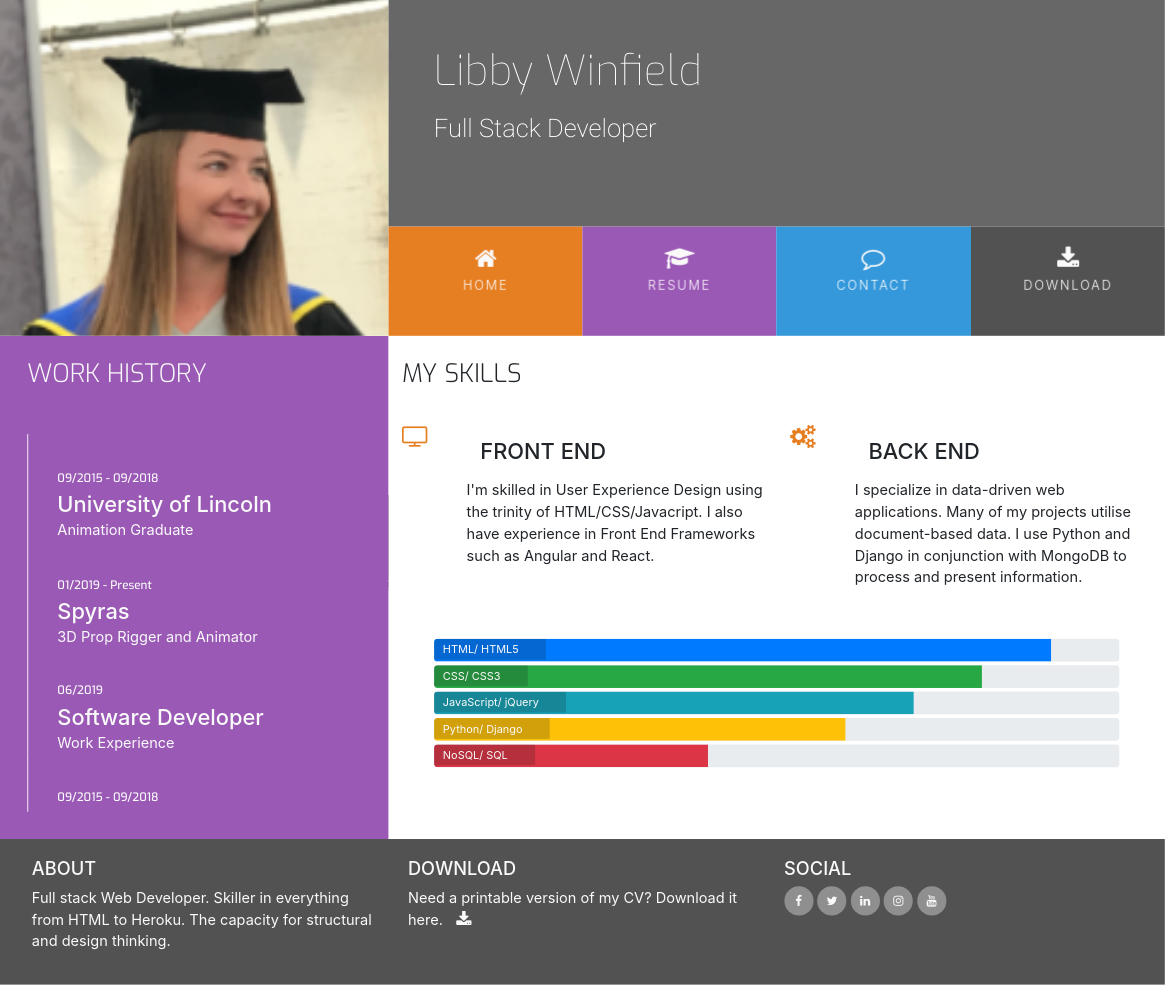
Repository: LibbyWin/CV
Page: resume.html
The author's editor kept a record of every edit. The page is drawn from the files as they stood at one moment, then again after the next edit.
The browser window is 1280 px wide. The pictures show the whole page, at 91% of full size.

Above is the page before.

### resume.html
<!DOCTYPE html>
<html lang="en">

<head>
    <meta charset="UTF-8">
    <meta name="viewport" content="width=device-width, initial-scale=1.0">
    <meta http-equiv="X-UA-Compatible" content="ie=edge">
    <link rel="stylesheet" href="https://stackpath.bootstrapcdn.com/bootstrap/4.3.1/css/bootstrap.min.css" type="text/css" />
    <link rel="stylesheet" href="https://stackpath.bootstrapcdn.com/font-awesome/4.7.0/css/font-awesome.min.css" type="text/css" />
    <link rel="stylesheet" href="https://cdnjs.cloudflare.com/ajax/libs/hover.css/2.3.1/css/hover-min.css" type="text/css" />
    <link rel="stylesheet" href="assets/css/style.css" type="text/css" />
    <title>Libby Winfield</title>
    <style>
        @import url('https://fonts.googleapis.com/css?family=Exo&display=swap');
    </style>
</head>

<body>
    <header>
        <div class="row no-gutters">
            <a href="index.html" class="col-md-4 logo">

            </a>
            <div class="col-md-8">
                <div class="row no-gutters bg-color-name-title">
                    <div class="col heading">
                        <h1 class="name">Libby Winfield</h1>
                        <h2 class="title">Full Stack Developer</h2>

                    </div>
                </div>
                <div class="row no-gutters">
                    <div class="col">
                        <ul id="nav" class="list-inline menucontainer">
                            <li class="col-6 col-sm-3 ui-menu-color-home list-inline-item menuitem">
                                <a href="#" class="hvr-sweep-to-bottom"><i class="fa fa-home" aria-hidden_"true"></i><span>Home</span></a>
                            </li>
                            <li class="col-6 col-sm-3 ui-menu-color-resume list-inline-item menuitem">
                                <a href="#" class="hvr-sweep-to-bottom"><i class="fa fa-graduation-cap" aria-hidden="true"></i><span>Resume</span></a>
                            </li>
                            <li class="col-6 col-sm-3 ui-menu-color-contact list-inline-item menuitem">
                                <a href="#" class="hvr-sweep-to-bottom"><i class="fa fa-comment-o" aria-hidden="true"></i><span>Contact</span></a>
                            </li>
                            <li class="col-6 col-sm-3 ui-menu-color-download list-inline-item menuitem">
                                <a href="#" class="hvr-sweep-to-bottom"><i class="fa fa-download" aria-hidden="true"></i><span>Download</span></a>
                            </li>
                        </ul>
                    </div>
                </div>


            </div>
        </div>
    </header>
    <section class="container-fluid">
        <div class="row">
            <div class="col-md-4 bg-color-work-history section-column">
                <div class="row">
                    <div class="col-12">
                        <h3 class="history-heading uppercase">
                            Work History
                        </h3>
                    </div>
                </div>
                <div class="timeline-item" data-dates="09/2015 - 09/2018">
                    <h4>University of Lincoln</h4>
                    <p>Animation Graduate</p>
                </div>

                <div class="timeline-item" data-dates="01/2019 - Present">
                    <h4>Spyras</h4>
                    <p>3D Prop Rigger and Animator</p>
                </div>

                <div class="timeline-item" data-dates="06/2019">
                    <h4>Software Developer</h4>
                    <p>Work Experience</p>
                </div>
                <div class="timeline-item" data-dates="09/2015 - 09/2018">
                    <h4></h4>
                    <p></p>
                </div>
            </div>
            <div class="col-md-8 bg-color-three-reasons">
                <div class="row">
                    <div class="col">
                        <h3 class="section-heading uppercase">My Skills</h3>
                    </div>
                </div>
                <div class="row">
                    <div class="col-10 offset-1 offset-sm-0 col-sm-4 col-md-6">
                        <div class="row">
                            <div class="col-2">
                                <i class="three-reasons-icon fa fa-tv" aria-hidden="true"></i>
                            </div>
                            <div class="col-10">
                                <h4 class="three-reasons-heading uppercase">Front End</h4>
                                <p>I'm skilled in User Experience Design using the trinity of HTML/CSS/Javacript. I also have experience in Front End Frameworks such as Angular and React. </p>
                            </div>
                        </div>
                    </div>
                    <div class="col-10 offset-1 offset-sm-0 col-sm-4 col-md-6">
                        <div class="row">
                            <div class="col-2">
                                <i class="three-reasons-icon fa fa-gears" aria-hidden="true"></i>
                            </div>
                            <div class="col-10">
                                <h4 class="three-reasons-heading uppercase">Back End</h4>
                                <p>I specialize in data-driven web applications. Many of my projects utilise document-based data. I use Python and Django in conjunction with MongoDB to process and present information.</p>
                            </div>
                        </div>
                    </div>
                </div>
                <div class="row progress-section">
                    <div class="col">
                        <div class="progress">
                            <div class="progress-bar" role="progressbar" style="width: 90%" aria-valuenow="90" aria-valuemin="0" aria-valuemax="100">
                                <span class="sr-only">90% complete</span>
                            </div>
                            <span class="progress-type">HTML/ HTML5</span>
                        </div>

                        <div class="progress">
                            <div class="progress-bar bg-success" role="progressbar" style="width: 80%" aria-valuenow="80" aria-valuemin="0" aria-valuemax="100">
                                <span class="sr-only">80% complete</span>
                            </div>
                            <span class="progress-type">CSS/ CSS3</span>
                        </div>

                        <div class="progress">
                            <div class="progress-bar bg-info" role="progressbar" style="width: 70%" aria-valuenow="70" aria-valuemin="0" aria-valuemax="100">
                                <span class="sr-only">70% complete</span>
                            </div>
                            <span class="progress-type">JavaScript/ jQuery</span>
                        </div>

                        <div class="progress">
                            <div class="progress-bar bg-warning" role="progressbar" style="width: 60%" aria-valuenow="60" aria-valuemin="0" aria-valuemax="100">
                                <span class="sr-only">60% complete</span>
                            </div>
                            <span class="progress-type">Python/ Django</span>
                        </div>
                        <div class="progress">
                            <div class="progress-bar bg-danger" role="progressbar" style="width: 40%" aria-valuenow="40" aria-valuemin="0" aria-valuemax="100">
                                <span class="sr-only">40% complete</span>
                            </div>
                            <span class="progress-type">NoSQL/ SQL</span>
                        </div>
                    </div>
                </div>
            </div>
        </div>

    </section>

    <footer class="container-fluid">
        <div id="footer-details" class="row">
            <div class="col-sm-4">
                <h5 class="uppercase genreal-sub">About</h5>
                <p class="inline-block">Full stack Web Developer. Skiller in everything from HTML to Heroku. The capacity for structural and design thinking. </p>
            </div>
            <div class="col-sm-4">
                <h5 class="uppercase genreal-sub">Download</h5>
                </h5>
                <p class="inline-block">
                    Need a printable version of my CV? Download it here.
                    <a href="#" target="_blank" class="cv-pdf">
                        <i class="fa fa-download" aria-hidden="true"></i>
                        <span class="sr-only">Download Link.</span>
                    </a>
                </p>
            </div>
            <div class="col-sm-4">
                <h5 class="uppercase genreal-sub">Social</h5>
                <ul class="list-inline social-links">
                    <li class="list-inline-item">
                        <a target="_blank" href="#">
                            <i class="fa fa-facebook" aria-hidden="true"></i>
                            <span class="sr-only">Facebook</span>
                        </a>
                    </li>

                    <li class="list-inline-item">
                        <a target="_blank" href="#">
                            <i class="fa fa-twitter" aria-hidden="true"></i>
                            <span class="sr-only">Twitter</span>
                        </a>
                    </li>

                    <li class="list-inline-item">
                        <a target="_blank" href="#">
                            <i class="fa fa-linkedin" aria-hidden="true"></i>
                            <span class="sr-only">Linkedin</span>
                        </a>
                    </li>

                    <li class="list-inline-item">
                        <a target="_blank" href="#">
                            <i class="fa fa-instagram" aria-hidden="true"></i>
                            <span class="sr-only">Instagram</span>
                        </a>
                    </li>

                    <li class="list-inline-item">
                        <a target="_blank" href="#">
                            <i class="fa fa-youtube" aria-hidden="true"></i>
                            <span class="sr-only">Youtube</span>
                        </a>
                    </li>
                </ul>
            </div>
        </div>

    </footer>

</body>

</html>

### assets/css/style.css
@import url('https://fonts.googleapis.com/css?family=Roboto:100,200,300,400,500,600,700|Exo:100,200,300,400,500,600,700');

/*--------------------------------------------Colors*/

.bg-color-name-title {
    background-color: #676767;
}

.bg-color-three-reasons {
    background-color: #fff;
}

.bg-color-personal-info {
    background-color: #f4f4f4;
}

.bg-color-work-history {
    background-color: #9b59b6;
}

.ui-menu-color-home {
    background-color: #e67e22;
}

.ui-menu-color-resume {
    background-color: #9b59b6;
}

.ui-menu-color-contact {
    background-color: #3498db;
}

.ui-menu-color-download {
    background-color: #525252;
}

.row-table {
    display: table;
}

.section-column {
    display: table-cell;
    padding: 0 30px 30px;
    float: none;
}

.history-heading,
.section-heading {
    font-family: "Exo", sans-serif;
    font-weight: 300;
    margin-top: 25px;
    margin-bottom: 40px;
}

/* ----------------------------------------Special paddings/margins/text */

h1,
h2,
h3,
h4 {
    margin: 0;
}

.uppercase {
    text-transform: uppercase;
}

.general-sub {
    font-family: "Exo", sans-serif;
    font-weight: 300;
    color: #fafafa;
}

.inline-block {
    display: inline-block;
}

.row-table {
    display: table;
}

.section-column {
    display: table-cell;
    padding: 0 30px 30px;
    float: none;
}

.section-heading {
    font-family: "Exo", sans-serif;
    font-weight: 300;
    margin-top: 25px;
    margin-bottom: 40px;
}

/*-------------------------------------------- Heading*/

header {
    margin: 0;
}

.heading {
    margin-left: 50px;
}

.logo {
    background: url("../images/IMG_1027.JPG");
    background-position: center;
    background-repeat: no-repeat;
    background-size: cover;
    min-height: 360px;
    transition: all .5s ease-in-out;
    -moz-transition: all .5s ease-in-out;
    -webkit-transition: all .5s ease-in-out;
}

.name {
    font-family: "Exo", sans-serif;
    font-weight: 100;
    font-size: 46px;
    margin-top: 50px;
    color: #fff;
}

.title {
    font-family: "Roboto", sans-serif;
    font-weight: 200;
    font-size: 28px;
    margin-top: 20px;
    margin-bottom: 90px;
    color: #fff;
}

.list-inline-item:not(:last-child) {
    margin: 0;
}

.menucontainer {
    font-size: 0;
}

#nav li {
    font-size: 14px;
    padding: 0;
}

#nav {
    margin: 0;
}

.menuitem {
    height: 120px;
    text-align: center;
    padding: 0;
}

.menuitem a {
    width: 100%;
    text-decoration: none;
    color: #fff;
    height: 120px;
}

.menuitem a i {
    padding-top: 22px;
    display: block;
    color: #fafafa;
    font-size: 26px;
}

.menuitem span {
    display: block;
    width: 100%;
    padding-top: 5px;
    text-align: center;
    text-transform: uppercase;
    font-size: 14px;
    font-weight: 300;
    letter-spacing: 2px;
}

/*--------------------------------------------Hover.css*/

.hvr-sweep-to-bottom:before {
    background: rgba(0, 0, 0, 0.2);
    height: 120px;
}

/* ----------------------------------------Footer */

footer {
    background-color: #525252;
    color: #fafafa;
    min-height: 120px;
    margin: 0;
}

.cv-pdf i {
    font-size: 18px;
    color: #fafafa;
    text-align: center;
    padding-left: 10px;
    transition: all 0.35s ease-in-out;
    -moz-transition: all 0.35s ease-in-out;
    -webkit-transition: all 0.35s ease-in-out;
    -o-transition: all 0.35s ease-in-out;
}

.cv-pdf i:hover {
    color: #e84610;
}

.social-links {
    padding-bottom: 15px;
}

.social-links li a i {
    width: 32px;
    height: 32px;
    padding: 12px 0;
    border-radius: 50%;
    font-size: 13px;
    line-height: 7px;
    text-align: center;
    color: #fafafa;
    background: #8f8f8f;
    transition: all 0.35s ease-in-out;
    -moz-transition: all 0.35s ease-in-out;
    -webkit-transition: all 0.35s ease-in-out;
    -o-transition: all 0.35s ease-in-out;
}

.social-links li a i:hover {
    background: #e84610;
}

#footer-details {
    padding: 20px;
}

/*-------------------------------------------- Three REasons*/

.three-reasons-icon {
    font-size: 26px;
    color: #e67e22;
}

.three-reasons-heading {
    margin: 15px;
}

/*-------------------------------------------- Personal Info */

.personal-info-item {
    margin-bottom: 20px;
    display: block;
    clear: both;
}

.personal-info-item .key,
.personal-info-item .value {
    padding-right: 8px;
    display: inline-block;
}

.personal-info-item .key p,
.personal-info-item .value p {
    margin: 0;
}

 .personal-info-item .key {
     width:30%;
     margin-right: 21px;
     padding-top: 2px;
     vertical-align: top;
 }

 .personal-info-item .key p {
     font-weight: 700;
 }

 .personal-info-item .value {
     position: relative;
     width: 60%;
 }

 /*-------------------------------------------- Skills */

 .progress {
     position: relative;
     height: 25px;
     margin-bottom: 4px;
 }

 .progress-type {
     position: absolute;
     left: 0px;
     font-weight: 400;
     padding: 3px 30px 2px 10px;
     color: #fafafa;
     background-color: rgba(25, 25, 25, 0.2)
 }

 .progress-section {
     margin: 40px 20px;
 }

 /* ---------------------------------------- Work History */

 .history-heading {
     color: #fafafa;
     margin-bottom: 50px;
 }

 .timeline-item {
     padding: 4em 2em 0em 2em;
     position: relative;
     color: #fafafa;
     border-left: 1px solid;
 }

  .timeline-item p {
      padding: 0;
      margin: 0;
  }

   .timeline-item:before {
       content: attr(data-dates);
       position: absolute;
       left: 2.5em;
       top: 3em;
       display: block;
       font-family: "Exo", sans-serif;
       font-weight: 500;
       font-size: 0.8em;
       padding: 0;
       margin: 0;
   }

After the next edit:
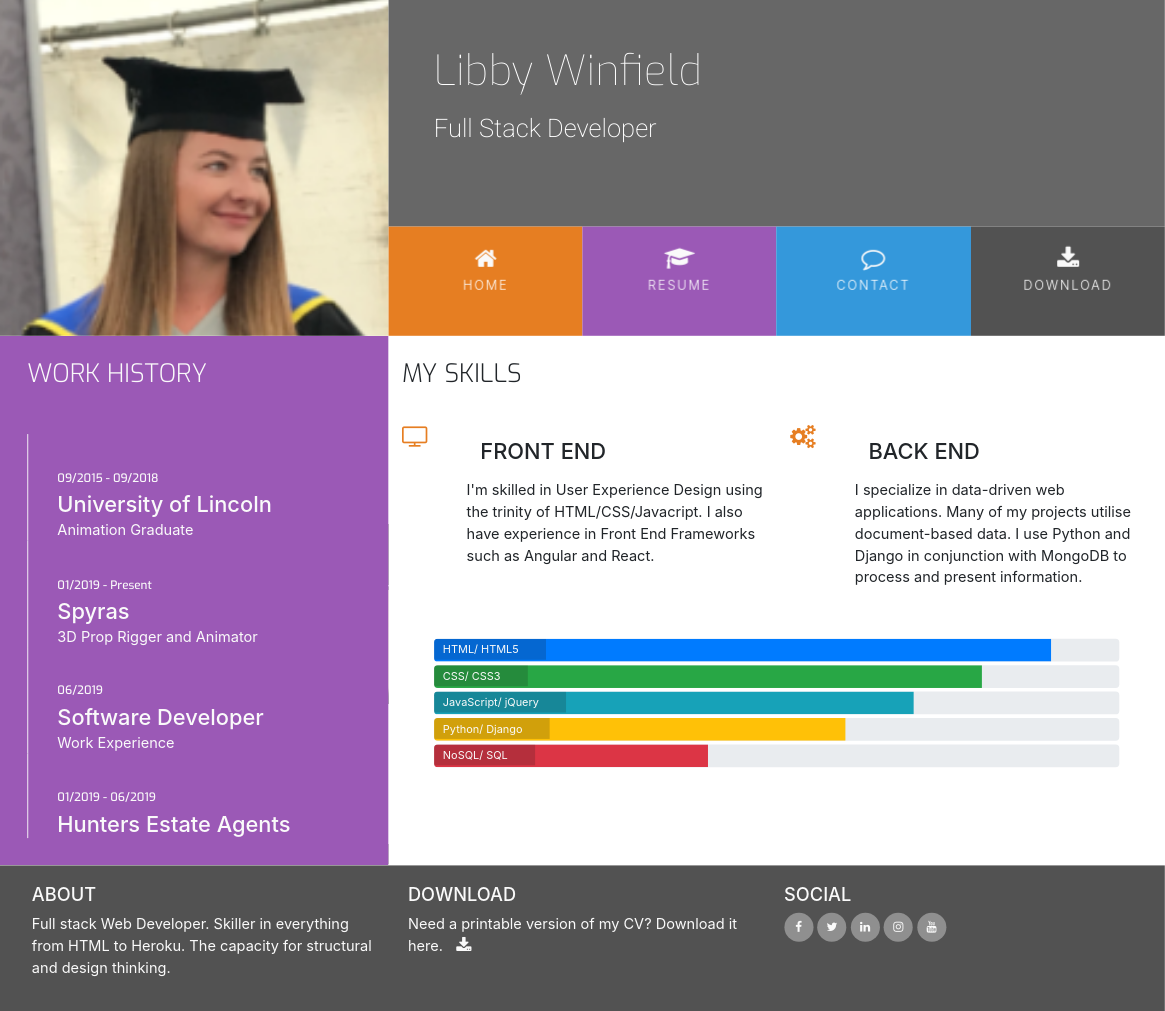
The edit:
--- a/resume.html
+++ b/resume.html
@@ -76,8 +76,8 @@
                     <h4>Software Developer</h4>
                     <p>Work Experience</p>
                 </div>
-                <div class="timeline-item" data-dates="09/2015 - 09/2018">
-                    <h4></h4>
+                <div class="timeline-item" data-dates="01/2019 - 06/2019">
+                    <h4>Hunters Estate Agents</h4>
                     <p></p>
                 </div>
             </div>
